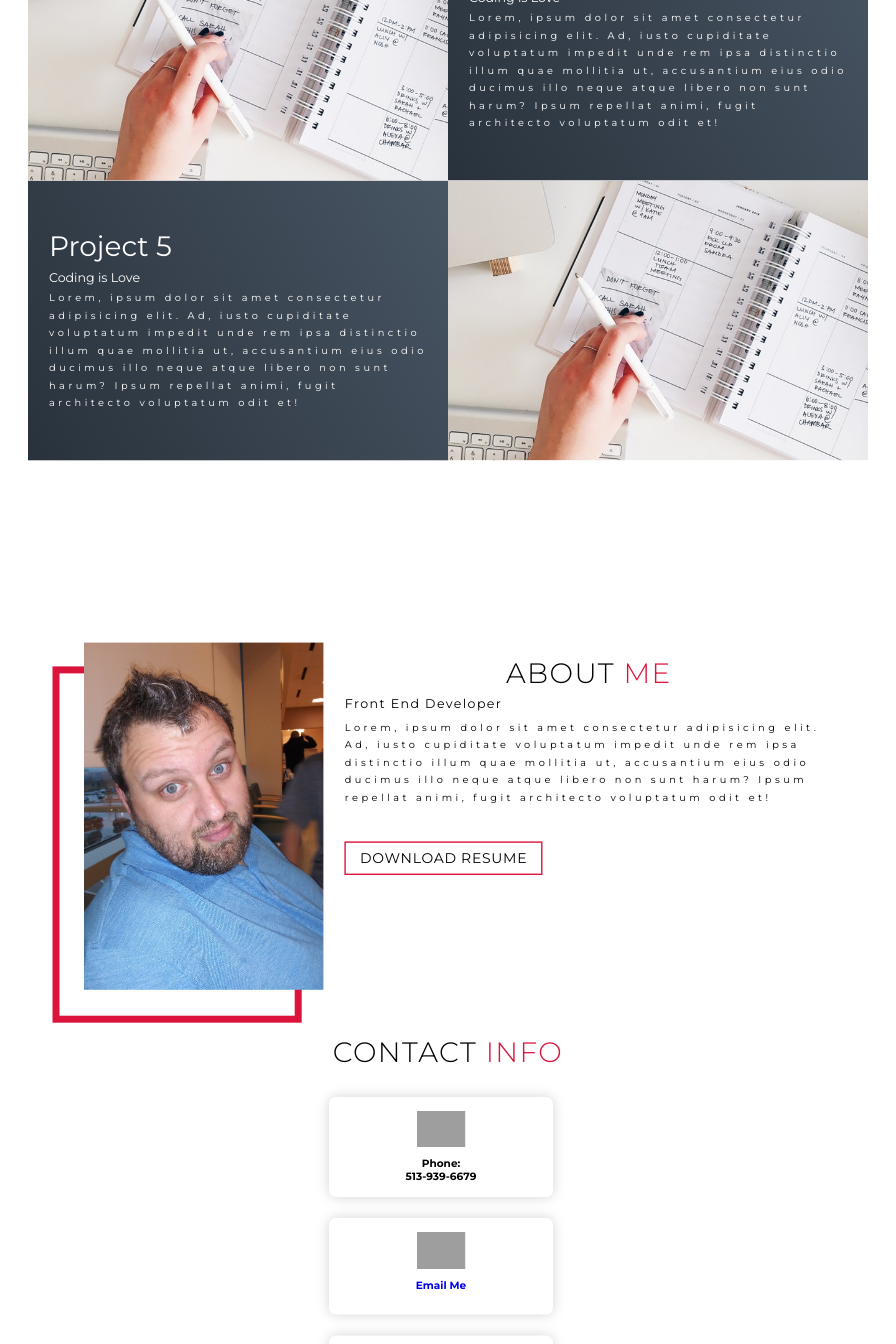
Repository: randysteele/my-portfolio-2023
Page: index.html
An editor plug-in stored every save of this project. The page is shown before and after the next save, followed by the edit.
The browser window is 1280 px wide. The pictures show the part of the page from y = 3320 to 5240 px (the page is 5972 px tall), at 70% of full size.
Pictures or frames that could not be fetched are drawn as grey boxes.

Above is the page before, as saved 2023-04-23 20:08:47.

### index.html
<!DOCTYPE html>
<html lang="en">
<head>
    <meta charset="UTF-8">
    <meta http-equiv="X-UA-Compatible" content="IE=edge">
    <meta name="viewport" content="width=device-width, initial-scale=1.0">
    <link rel="stylesheet" href="style.css">
    <title>Randy Steele Portfolio</title>
</head>
<body>
    <!-- Hero Section -->
    <section id="hero">
        <div class="hero container">
            <div>
            <h1>Hello, <span></span></h1>
            <h1>My Name Is <span></span></h1>
            <h1>Randy <span></span></h1>
            <a href="#" type="button" class="cta">Portfolio</a>
        </div>
    </div>
    </section>
    <!-- End Hero Section -->

    <!-- Services Section -->
    <section id="services">
        <div class="services container">
          <div class="service-top">
            <h1 class="section-title">Serv<span>i</span>ces</h1>
            <p>Lorem ipsum dolor sit amet consectetur, adipisicing elit. Ipsum deleniti maiores pariatur assumenda quas
              magni et, doloribus quod voluptate quasi molestiae magnam officiis dolorum, dolor provident atque molestias
              voluptatum explicabo!</p>
          </div>
          <div class="service-bottom">
            <div class="service-item">
              <div class="icon"><img src="https://img.icons8.com/bubbles/100/000000/services.png" /></div>
              <h2>Web Design</h2>
              <p>Lorem ipsum dolor sit amet consectetur adipisicing elit. Corporis debitis rerum, magni voluptatem sed
                architecto placeat beatae tenetur officia quod</p>
            </div>
            <div class="service-item">
              <div class="icon"><img src="https://img.icons8.com/bubbles/100/000000/services.png" /></div>
              <h2>Web Design</h2>
              <p>Lorem ipsum dolor sit amet consectetur adipisicing elit. Corporis debitis rerum, magni voluptatem sed
                architecto placeat beatae tenetur officia quod</p>
            </div>
            <div class="service-item">
              <div class="icon"><img src="https://img.icons8.com/bubbles/100/000000/services.png" /></div>
              <h2>Web Design</h2>
              <p>Lorem ipsum dolor sit amet consectetur adipisicing elit. Corporis debitis rerum, magni voluptatem sed
                architecto placeat beatae tenetur officia quod</p>
            </div>
            <div class="service-item">
              <div class="icon"><img src="https://img.icons8.com/bubbles/100/000000/services.png" /></div>
              <h2>Web Design</h2>
              <p>Lorem ipsum dolor sit amet consectetur adipisicing elit. Corporis debitis rerum, magni voluptatem sed
                architecto placeat beatae tenetur officia quod</p>
            </div>
          </div>
        </div>
      </section>
<!-- End Services Section -->

 <!-- Projects Section -->
 <section id="projects">
    <div class="projects container">
      <div class="projects-header">
        <h1 class="section-title">Recent <span>Projects</span></h1>
      </div>
      <div class="all-projects">
        <div class="project-item">
          <div class="project-info">
            <h1>Project 1</h1>
            <h2>Coding is Love</h2>
            <p>Lorem, ipsum dolor sit amet consectetur adipisicing elit. Ad, iusto cupiditate voluptatum impedit unde
              rem ipsa distinctio illum quae mollitia ut, accusantium eius odio ducimus illo neque atque libero non sunt
              harum? Ipsum repellat animi, fugit architecto voluptatum odit et!</p>
          </div>
          <div class="project-img">
            <img src="./img/img-1.png" alt="img">
          </div>
        </div>
        <div class="project-item">
          <div class="project-info">
            <h1>Project 2</h1>
            <h2>Coding is Love</h2>
            <p>Lorem, ipsum dolor sit amet consectetur adipisicing elit. Ad, iusto cupiditate voluptatum impedit unde
              rem ipsa distinctio illum quae mollitia ut, accusantium eius odio ducimus illo neque atque libero non sunt
              harum? Ipsum repellat animi, fugit architecto voluptatum odit et!</p>
          </div>
          <div class="project-img">
            <img src="./img/img-1.png" alt="img">
          </div>
        </div>
        <div class="project-item">
          <div class="project-info">
            <h1>Project 3</h1>
            <h2>Coding is Love</h2>
            <p>Lorem, ipsum dolor sit amet consectetur adipisicing elit. Ad, iusto cupiditate voluptatum impedit unde
              rem ipsa distinctio illum quae mollitia ut, accusantium eius odio ducimus illo neque atque libero non sunt
              harum? Ipsum repellat animi, fugit architecto voluptatum odit et!</p>
          </div>
          <div class="project-img">
            <img src="./img/img-1.png" alt="img">
          </div>
        </div>
        <div class="project-item">
          <div class="project-info">
            <h1>Project 4</h1>
            <h2>Coding is Love</h2>
            <p>Lorem, ipsum dolor sit amet consectetur adipisicing elit. Ad, iusto cupiditate voluptatum impedit unde
              rem ipsa distinctio illum quae mollitia ut, accusantium eius odio ducimus illo neque atque libero non sunt
              harum? Ipsum repellat animi, fugit architecto voluptatum odit et!</p>
          </div>
          <div class="project-img">
            <img src="./img/img-1.png" alt="img">
          </div>
        </div>
        <div class="project-item">
          <div class="project-info">
            <h1>Project 5</h1>
            <h2>Coding is Love</h2>
            <p>Lorem, ipsum dolor sit amet consectetur adipisicing elit. Ad, iusto cupiditate voluptatum impedit unde
              rem ipsa distinctio illum quae mollitia ut, accusantium eius odio ducimus illo neque atque libero non sunt
              harum? Ipsum repellat animi, fugit architecto voluptatum odit et!</p>
          </div>
          <div class="project-img">
            <img src="./img/img-1.png" alt="img">
          </div>
        </div>
      </div>
    </div>
  </section>
  <!-- End Projects Section -->


<!-- End Projects Section -->

<!-- About Section -->

<section id="about">
    <div class="about container">
        <div class="col-left">
            <div class="about-img">
                <img src="./img/about.jpeg" alt="img">
            </div>
        </div>
        <div class="col-right">
            <h1 class="section-title">About <span>me</span></h1>
            <h2>Front End Developer</h2>
            <p>Lorem, ipsum dolor sit amet consectetur adipisicing elit. Ad, iusto cupiditate voluptatum impedit unde
                rem ipsa distinctio illum quae mollitia ut, accusantium eius odio ducimus illo neque atque libero non sunt
                harum? Ipsum repellat animi, fugit architecto voluptatum odit et!</p>
                <a class="cta" href="#">Download Resume</a>
        </div>
    </div>
</section>
<!-- End About Section -->

<!-- Contact Section -->
<section id="contact">
    <div class="contact container">
        <div><h1 class="section-title">Contact <span>info</span></h1></div>
        <div class="contact-items">
            <div class="contact-item">
                <div class="icon"><img src="https://img.icons8.com/external-flatart-icons-flat-flatarticons/64/null/external-phone-contact-us-flatart-icons-flat-flatarticons.png"/></div>
                <div class="contact-info">
                    <h1>Phone:</h1>
                    <h2>513-939-6679</h2>
                    <h2></h2>
                </div>
            </div>
            <div class="contact-item">
                <div class="icon"><img src="https://img.icons8.com/color/48/000000/filled-message.png"/></div>
                <div class="contact-info">
                    <h1></h1>
                    <h2><a href="mailto:steelerx155@gmail.com">Email Me </a></h2><br>
                    <h2></h2>
                </div>
            </div>

            <div class="contact-item">
                <div class="icon"><img src="https://img.icons8.com/external-color-outline-adri-ansyah/64/null/external-property-real-estate-color-outline-adri-ansyah-39.png"/></div>
                <div class="contact-info">
                    <h1>Address:</h1>
                    <h2>Hamilton OH, USA </h2>
                    <h2></h2>
                </div>
            </div>
            <div class="contact-item">
                <div class="icon"><img src="https://img.icons8.com/material-two-tone/24/null/github.png"/></div>
                <div class="contact-info">
                    <h2><a  href="https://github.com/randysteele" target="_blank">Git hub</a></h2>
                    <h2></h2>
                </div>
            </div>


            <div class="contact-item">
                <div class="icon"><img src="https://img.icons8.com/dotty/80/null/linkedin.png"/></div>
                <div class="contact-info">
                    <h2><a href="https://www.linkedin.com/in/randysteele/" target="_blank">LinkedIn</a></h2>
                    <h2></h2>
                </div>
            </div>



        </div>
    </div>
</section>
<!-- End Contact Section -->

<!-- Footer Section -->

<section id="footer">
    <div class="footer container">
        <div class="brand"><h1><span>R</span>andy <span>S</span>teele</h1></div>
        <h2>Your Complete Web Solution</h2>
        <div class="social-icon">
            <div class="social-item">
                <a href="#"><img src="https://img.icons8.com/color/48/null/facebook-new.png"/></a>
            </div>

            <div class="social-item">
                <a href="#"><img src="https://img.icons8.com/fluency/48/null/twitter.png"/></a>
            </div>

            <div class="social-item">
                <a href="#"><img src="https://img.icons8.com/ios-glyphs/30/null/instagram-new.png"/></a>
            </div>

            <div class="social-item">
                <a href="#"><img src="https://img.icons8.com/material-two-tone/24/null/github.png"/></a>
            </div>
        </div>
        <p>Copyright © 2023 Randy Steele. All rights reserved.</p>
    </div>
</section>




<!-- End Footer Section -->

</body>
</html>


<a target="_blank" href="https://icons8.com/icon/53429/home-page">Icons Provided by</a>  <a target="_blank" href="https://icons8.com">Icons8</a>

### style.css
@import url('https://fonts.googleapis.com/css2?family=Montserrat:wght@300;400;700&display=swap');
* {
    padding: 0;
    margin: 0;
    box-sizing: border-box;
}
html {
    font-size: 10px;
    font-family: "Montserrat", "sans-serif";
}
a {
    text-decoration: none;
}
.container {
    min-height: 100vh;
    width: 100%;
    display: flex;
    align-items: center;
    justify-content: center;
}

img{
    height: 100%;
    width: 100%;
    object-fit: cover;
}

p {
    color: black;
    font-size: 1.4rem;
    margin-top: 5px;
    line-height: 2.5rem;
    font-weight: 300px;
    letter-spacing: 0.5rem;
}

.section-title {
    font-size: 4rem;
    font-weight: 300;
    color: black;
    margin-bottom: 10px;
    text-transform: uppercase;
    letter-spacing: .2rem;
    text-align: center;
}

.section-title span {
    color: crimson;
}

.brand h1{
    font-size: 3rem;
    text-transform: uppercase;
    color: white;
}

.brand span{
        color: crimson;
}


/* Hero Section */
#hero {
    background-image: url(./img/me1.jpeg);
    background-size: cover;
    background-position: top center;
    position: relative;
    z-index: 1;
}
#hero::after{
    content: '';
    position: absolute;
    left: 0;
    top: 0;
    height: 100%;
    width: 100%;
    background-color: black;
    opacity: 0.7;
    z-index: -1;
}
#hero .hero{
    max-width: 1200px;
    margin: 0 auto;
    padding: 0 50px;
    justify-content: flex-start;
}
#hero h1{
    display: block;
    width: fit-content;
    font-size: 4rem;
    position: relative;
    color: transparent;
    animation: text_reveal 1s ease forwards;
    animation-delay: 1s
}
#hero h1:nth-child(1){
    animation-delay: 1s;
}
#hero h1:nth-child(2){
    animation-delay: 2s;
}
#hero h1:nth-child(3){
    animation: text_reveal_name .5s ease forwards;
    animation-delay: 3s;
}

.cta {
  display: inline-block;
  padding: 10px 30px;
  color: white;
  background-color: transparent;
  border: 2px solid crimson;
  font-size: 2rem;
  text-transform: uppercase;
  letter-spacing: 0.1rem;
  margin-top: 30px;
  transition: 0.3s ease;
  transition-property: background-color, color;
}
.cta:hover {
    color: white;
    background-color: crimson;
}
#hero h1 span {
    position: absolute;
    top: 0;
    left: 0;
    height: 100%;
    width: 0;
    background-color: crimson;
    animation: text_reveal_box 1s ease;
    animation-delay: .3s;
}

#hero h1:nth-child(1) span {
    animation-delay: 1s;
}
#hero h1:nth-child(2) span {
    animation-delay: 2s;
}

#hero h1:nth-child(3) span {
    animation-delay: 3s;
}

/* End Hero Section */


/* Services Section */

#services .services{
 flex-direction: column;
 text-align: center;
 max-width: 1500px;
 margin: 0 auto;
 padding: 100px 0;
}


#services .service-top p {
    color: black;
    font-size: 1.4rem;
    margin-top: 5px;
    line-height: 2.5rem;
    font-weight: 300px;
    letter-spacing: 0.5rem;
}

#services .service-bottom {
    display: flex;
    align-items: center;
    justify-content: center;
    flex-wrap: wrap;
    margin-top: 50px;
}

#services .service-item {
    flex-basis: 80%;
    display: flex;
    align-items: flex-start;
    justify-content: center;
    flex-direction: column;
    padding: 30px;
    border-radius: 10px;
    background-image: url(./img/img-1.png);
    background-size: cover;
    margin: 10px 5%;
    position: relative;
    z-index: 1;
    overflow: hidden;
}

#services .service-item::after {
    content: "";
    position: absolute;
    left: 0;
    top: 0;
    height: 100%;
    width: 100%;
    background-image: linear-gradient(60deg, #29323c 0%, #485563 100%);
    opacity: .8;
    z-index: -1;
}

#services .service-bottom .icon {
  height: 80px;
  width: 80px;
  margin-bottom: 20px;
}

#services .service-item h2 {
    font-size: 2rem;
    color: white;
    margin-bottom: 10px;
    text-transform: uppercase;
}

#services .service-item p{
    color: white;
    text-align: left;
}
/* End Services Section */


/* Projects Section */

#projects .projects{
    flex-direction: column;
    max-width: 1200px;
    margin: 0 auto;
    padding: 100px 0;
}

#projects .projects-header h1{
margin-bottom: 50px;
}

#projects .all-projects {
    display: flex;
    align-items: center;
    justify-content: center;
    flex-direction: column;
}

#projects .project-item {
    display: flex;
    align-items: center;
    justify-content: center;
    flex-direction: column;
    width: 80%;
    margin: 20px auto;
    overflow: hidden;
    border-radius: 10px;

}

#projects .project-info {
    padding: 30px;
    flex-basis: 50%;
    height: 100%;
    display: flex;
    align-items: flex-start;
    justify-content: center;
    flex-direction: column;
    background-image: linear-gradient(60deg, #29323c 0%, #485563 100%);
    color: white;
}
#projects .project-info h1{
    font-size: 4rem;
    font-weight: 500;
}

#projects .project-info h2{
 font-size: 1.8rem;
 font-weight: 500;
 margin-top: 10px;
}

#projects .project-info p {
    color: white;
}

#projects .project-img{
    flex-basis: 50%;
    height: 300px;
    overflow: hidden;
}
#projects .project-img:after {
    content: '';
    position: absolute;
    left: 0;
    top: 0;
    height: 100%;
    width: 100%;
    background-image: linear-gradient(60deg, #29323c 0%, #485563 100%);
    opacity: .7;
}
#projects .project-img img {
    transition: .3s ease transform;
}
#projects .project-item:hover .project-img img {
    transform: scale(1.1);
}
/* End Projects Section */

/* About Section */
#about .about {
    flex-direction: column-reverse;
    text-align: center;
    max-width: 1200px;
    margin: 0 auto;
    padding: 100px 20px;
}
#about .col-left{
   width: 250px;
   height: 360px;
}

#about .col-right{
    width: 100%;
}

#about .col-right h2{
    font-size: 1.8rem;
    font-weight: 500;
    letter-spacing: .2rem;
    margin-bottom: 10px;
}

#about .col-right p{
    margin-bottom: 20px;
}

#about .col-right .cta{
    color: black;
    margin-bottom: 50px;
    padding: 10px 20px;
    font-size: 2rem;
}
#about .col-left .about-img {
    position: relative;
}

#about .col-left .about-img::after {
    content: "";
    position: absolute;
    left: -33px;
    top: 19px;
    height: 98%;
    width: 98%;
    border: 7px solid crimson;
    z-index: -1;
}
/* End About Section */

/* Contact Section */

#contact .contact {
    flex-direction: column;
    max-width: 1200px;
    margin: 0 auto;
}

#contact .contact-items{
    width: 400px;
}

#contact .contact-item{
    width: 80%;
    padding: 20px;
    text-align: center;
    border-radius: 10px;
    margin: 30px;
    display: flex;
    justify-content: center;
    align-items: center;
    flex-direction: column;
    box-shadow: 0px 0px 18px 0px #0000002c;
}

#contact .icon{
    width: 70px;
    margin: 0 auto;
    margin-bottom: 10px;
}

#contact .info h1{
    font-size: 2.5rem;
    font-weight: 500;
    margin-bottom: 5px;
}

#contact .info h1{
    font-size: 1.3rem;
    line-height: 2rem;
    font-weight: 50;
}

#contact .contact-item:hover {
    box-shadow: 0px 0px 5px 0 #0000002c;
    transition: .3x ease box-shadow;
}
/* End Contact Section */

/* Footer Section */

#footer {
    background-image: linear-gradient(60deg, #29323c 0%, #485563 100%);
}

#footer .footer{
  min-height: 200px;
  flex-direction: column;
  padding-top: 50px;
  padding-bottom: 10px;
}

#footer h2 {
    color: white;
    font-weight: 500;
    font-size: 1.8rem;
    letter-spacing: .1rem;
    margin-top: 10px;
    margin-bottom: 10px;
}

#footer .social-icon{
    display: flex;
    margin-bottom: 30px;
}

#footer .social-item{
    height: 50px;
    width: 50px;
    margin: 0 5px;
}

#footer .social-item img{
    filter: grayscale(1);
    transition: .3s ease filter;
}

#footer .social-item:hover img{
    filter: grayscale(0)
}

#footer p{
    color: white;
    font-size: 1.3rem;
}

/* End Footer Section */

/* Keyframes */

@keyframes text_reveal_box {
    50%{
        width: 100%;
        left: 0;
    }
    100%{
        width: 0;
        left: 100%;
    }
}

@keyframes text_reveal{
    100%{
        color: white;

    }
}
@keyframes text_reveal_name{
    100%{
        color: crimson;
        font-weight: 500px;
    }
}

/* End Keyframes  */

/* Media Query For Tablet */

@media only screen and(min-width: 768px){
.cta{
    font-size: 2.5rem;
    padding: 20px 60px;
    }
    h1.section-title{
        font-size: 7rem;
    }
}
/* Hero */

#hero h1{
    font-size: 7rem;
}

/* End Hero */

/* Service Section */

#services .service-bottom .service-item{
    flex-basis: 45%;
    margin: 1.5%;
}
/* End Service Section */

/* Project Section */
#projects .project-item{
    flex-direction: row;
}

#projects .project-item{
    height: 400px;
    margin: 0;
    width: 100%;
    border-radius: 0;
}
#projects .all-projects .project-info{
    height: 100%;
}
#projects .all-projects .project-img{
    height: 100%;
}

#projects .project-item:nth-child(even) {
    flex-direction: row-reverse;
}
/* End Project Section */

/* About Section */
#about .about{
    flex-direction: row;
}

#about .col-left{
    width: 600px;
    height: 400px;
    padding-left: 60px;
}

#about .about .col-left .about-img::After {
    left: -45px;
    top: 34px;
    height: 98%;
    width: 98%;
    border: 10px solid crimson;
}
#about .col-right {
    text-align: left;
    padding: 30px;
}

/* End About Section */
/* End Media Query For Tablet */

After the next save:
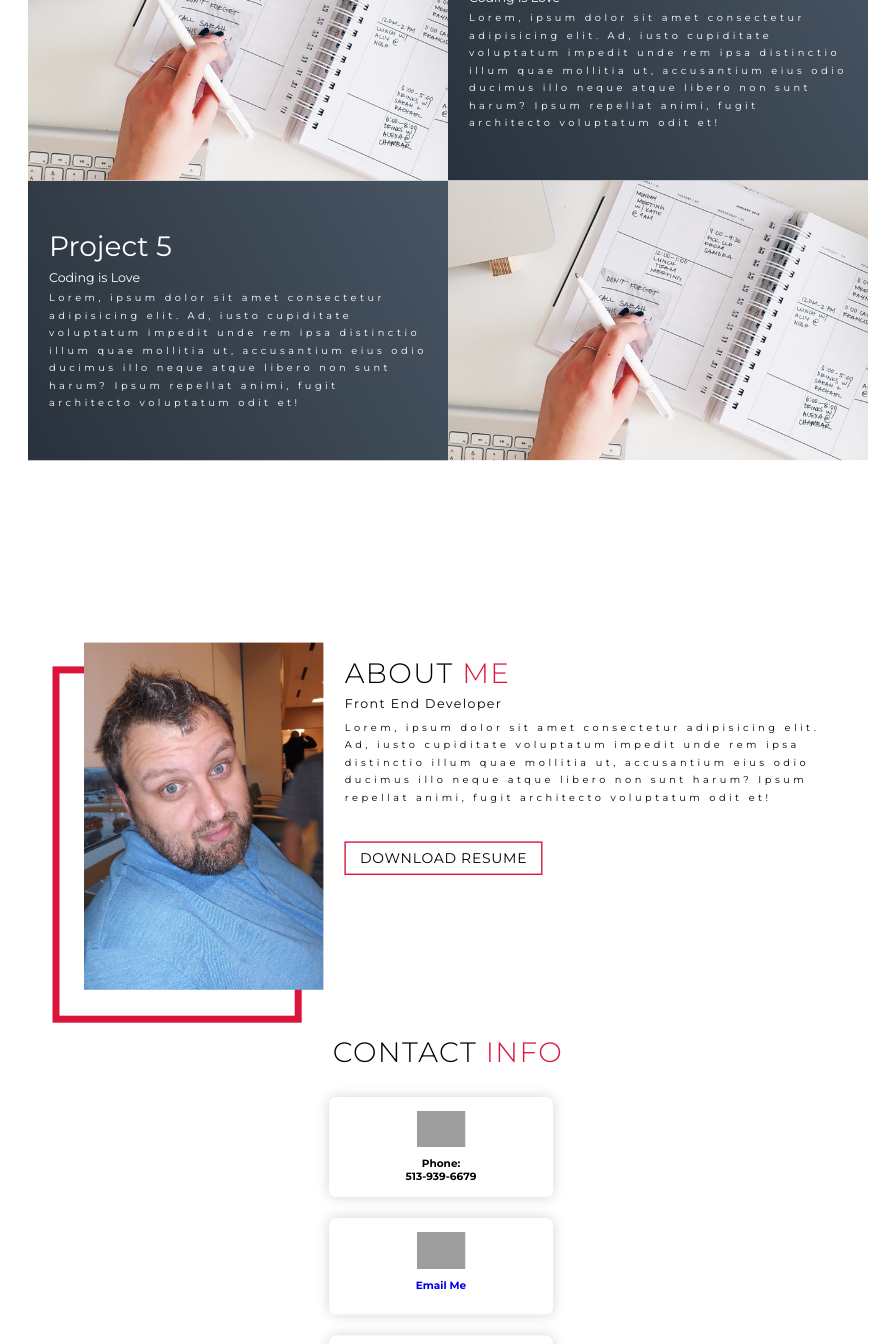
Saved 22 s later.
--- a/style.css
+++ b/style.css
@@ -551,6 +551,9 @@ margin-bottom: 50px;
     text-align: left;
     padding: 30px;
 }
+#about .col-right h1{
+    text-align: left;
+}
 
 /* End About Section */
 /* End Media Query For Tablet */
